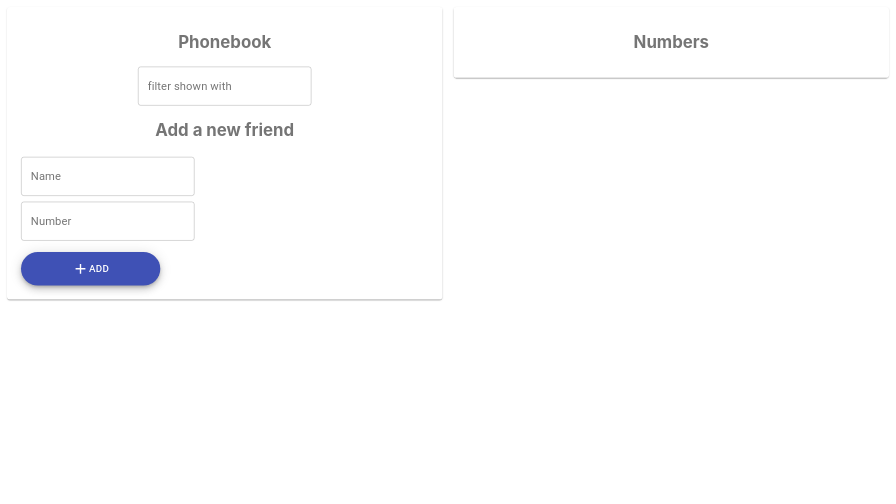
Repository: StacyLafume/phone-book
Page: / (app in phone-book/)
These files come from the project's save history. The page is drawn as it stood at one moment and after the next save; the edit follows.
The browser window is 1280 px wide. The pictures show the part of the page from y = 0 to 1920 px (the page is 720 px tall before and 2592 px after), at 70% of full size.
The page's requests for data from a server got no answer. The project was rebuilt for these pictures with package versions that can differ from the ones it lists, and the page was loaded fresh each time. No one was signed in, and anything a server would have sent is missing. Also part of the build but not shown: phone-book/src/PhoneBook.js.

Above is the page before, as saved 2021-04-01 17:43:24.

After the next save:
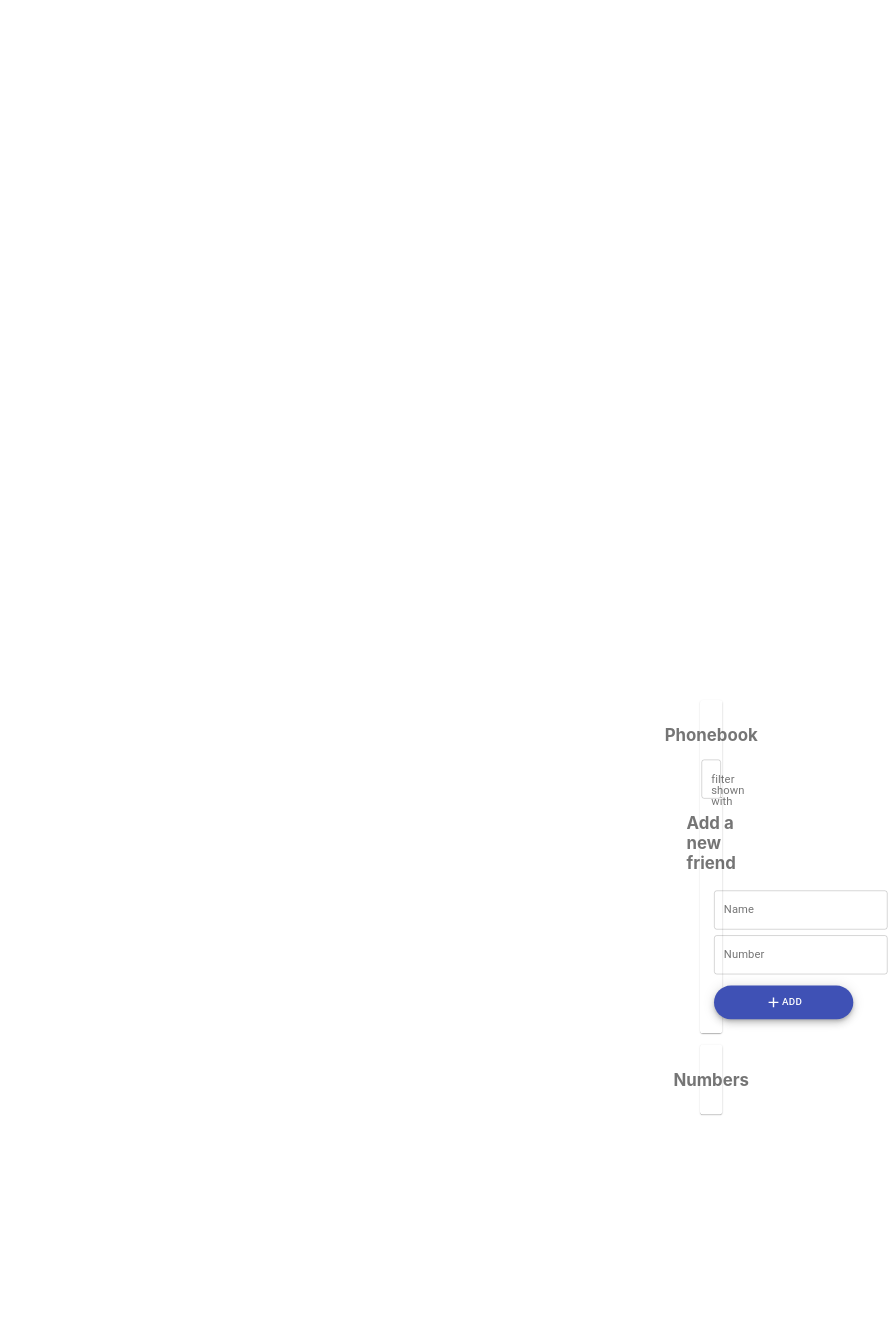
Saved 8 s later.
--- a/phone-book/src/App.js
+++ b/phone-book/src/App.js
@@ -21,7 +21,7 @@ const App = () => {
   const useStyles = makeStyles((theme) => ({
     root: {
       flexGrow: 1,
-      margin: 10
+      margin: 1000
     },
     paper: {
       padding: theme.spacing(2),
